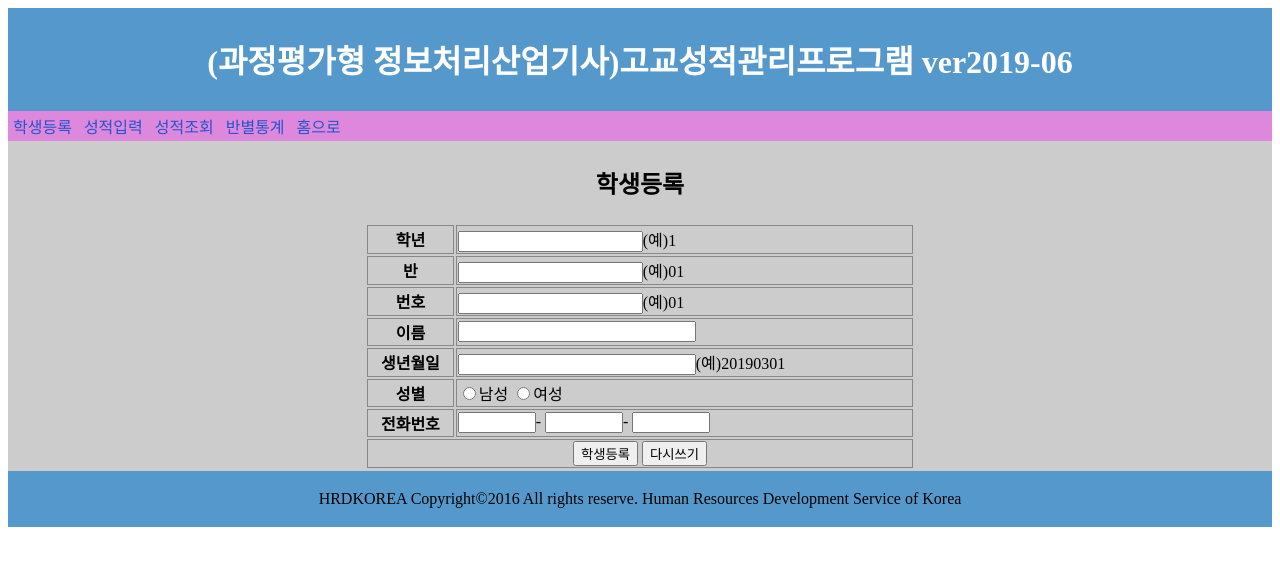
Repository: bolbbal/jdbc
Page: http://localhost/cbq_99/sub1.jsp
The author's editor kept a copy of each file at every save. The page is drawn from the files as they stood at one save, then again after the next save.
The browser window is 1280 px wide. The pictures show the whole page.
The page is served by Tomcat 9. Other server files are loaded and not shown.

Above is the page before, as saved 2024-08-26 07:53:36.

### javastudy18/jspStudy/cbq_99/cbq_99/WebContent/sub1.jsp
<%@ page language="java" contentType="text/html; charset=UTF-8"
	pageEncoding="UTF-8"%>
<%@ page import="Model.*"%>
<%@ page import="java.sql.*"%>
<%@ page import="java.util.*"%>
<%@ page import="java.text.*"%>
<!DOCTYPE html>
<html>
<head>
<meta charset="UTF-8">
<title>고교성적관리</title>
<style>
header {
	background: #59c;
	padding: 1px;
}

h1 {
	color: #fff;
	text-align: center;
	padding: 6px
}

nav {
	background: #D8D;
	padding: 1px
}

a {
	text-decoration: none;
	color: #25C;
	display: inline-block;
	padding: 2px 4px;
}

section {
	padding: 1px;
	background: #CCC;
}

h2 {
	text-align: center;
	padding: 3px;
}

footer {
	background: #59c;
	padding: 1px;
}

footer p {
	text-align: center;
	padding: 2px;
}

tr, th, td {
	border-style: solid;
	border-width: 1px;
	border-color: #888;
}

table {
	margin: 0 auto;
	width:550px;
}
</style>
<script type="text/javascript">
	function check() {
		if (my.syear.value == "") {
			alert("학년정보가 입력되지 않았습니다!");
			my.syear.focus();
			return false;
		}
		if (my.sclass.value == "") {
			alert("반정보가 입력되지 않았습니다!");
			my.sclass.focus();
			return false;
		}
		if (my.sno.value == "") {
			alert("번호정보가 입력되지 않았습니다!");
			my.sno.focus();
			return false;
		}
		if (my.sname.value == "") {
			alert("이름이 입력되지 않았습니다!");
			my.sname.focus();
			return false;
		}
		if (my.birth.value == "") {
			alert("생년월일이 입력되지 않았습니다!");
			my.birth.focus();
			return false;
		}
		if (my.gender.checked=="" && my.gender.checked=="") {
			alert("성별을 선택하세요!");
			my.gender[0].focus();
			return false;
		}
		/*
		var genders = document.getElementsByName("gender");
		if(!genders[0].checked && !genders[1].checked) {
			alert("성별선택");
			genders[0].focus();
			return false;
		}
		*/
		if (my.tel1.value == "") {
			alert("전화번호가 입력되지 않았습니다!");
			my.tel1.focus();
			return false;
		}
		if (my.tel2.value == "") {
			alert("전화번호가 입력되지 않았습니다!");
			my.tel2.focus();
			return false;
		}
		if (my.tel3.value == "") {
			alert("전화번호가 입력되지 않았습니다!");
			my.tel3.focus();
			return false;
		}
		alert("학생등록이 정상적으로 등록되었습니다");
		return true;

	}
</script>
</head>
<body>
	<header>
		<h1>(과정평가형 정보처리산업기사)고교성적관리프로그램 ver2019-06</h1>
	</header>
	<nav>
		<a href="sub1.jsp">학생등록</a>
		<a href="sub2.jsp">성적입력</a>
		<a href="sub3.jsp">성적조회</a>
		<a href="sub4.jsp">반별통계</a>
		<a href="index.jsp">홈으로</a>
	</nav>
	<section>
		<h2>학생등록</h2>
		<form name="my" method="post" action="sub1pro.jsp" onsubmit="return check()">
			<table>
				<tr>
					<th>학년</th>
					<td><input type="text" name="syear">(예)1</td>
				</tr>
				<tr>
					<th>반</th>
					<td><input type="text" name="sclass">(예)01</td>
				</tr>
				<tr>
					<th>번호</th>
					<td><input type="text" name="sno">(예)01</td>
				</tr>
				<tr>
					<th>이름</th>
					<td><input type="text" name="sname" style="width: 230px"></td>
				</tr>
				<tr>
					<th>생년월일</th>
					<td><input type="text" name="birth" style="width: 230px">(예)20190301</td>
				</tr>
				<tr>
					<th>성별</th>
					<td><input type="radio" name="gender" value="M">남성
						<input type="radio" name="gender" value="F">여성</td>
				</tr>
				<tr>
					<th>전화번호</th>
					<td><input type="text" name="tel1" style="width: 70px">-
						<input type="text" name="tel2" style="width: 70px">-
						<input type="text" name="tel3" style="width: 70px"></td>
				</tr>
				<tr>
					<td colspan="2" style="text-align: center;">
					<input type="submit" value="학생등록">
					<input type="reset" value="다시쓰기" onclick="alert('정보를 지우고 처음부터 다시 입력합니다!')"></td>
				</tr>
			</table>
		</form>
	</section>
	<footer>
		<p>HRDKOREA Copyright&copy;2016 All rights reserve. Human
			Resources Development Service of Korea</p>
	</footer>
</body>
</html>

After the next save:
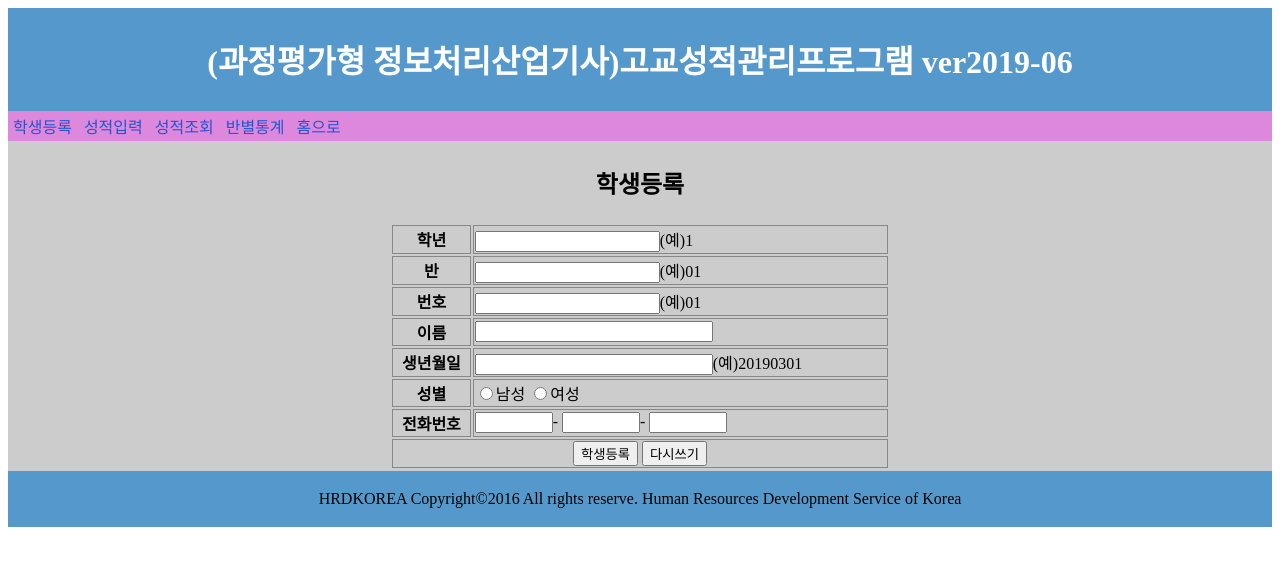
Saved 14 s later.
--- a/javastudy18/jspStudy/cbq_99/cbq_99/WebContent/sub1.jsp
+++ b/javastudy18/jspStudy/cbq_99/cbq_99/WebContent/sub1.jsp
@@ -61,7 +61,7 @@
 
 table {
 	margin: 0 auto;
-	width:550px;
+	width:500px;
 }
 </style>
 <script type="text/javascript">
